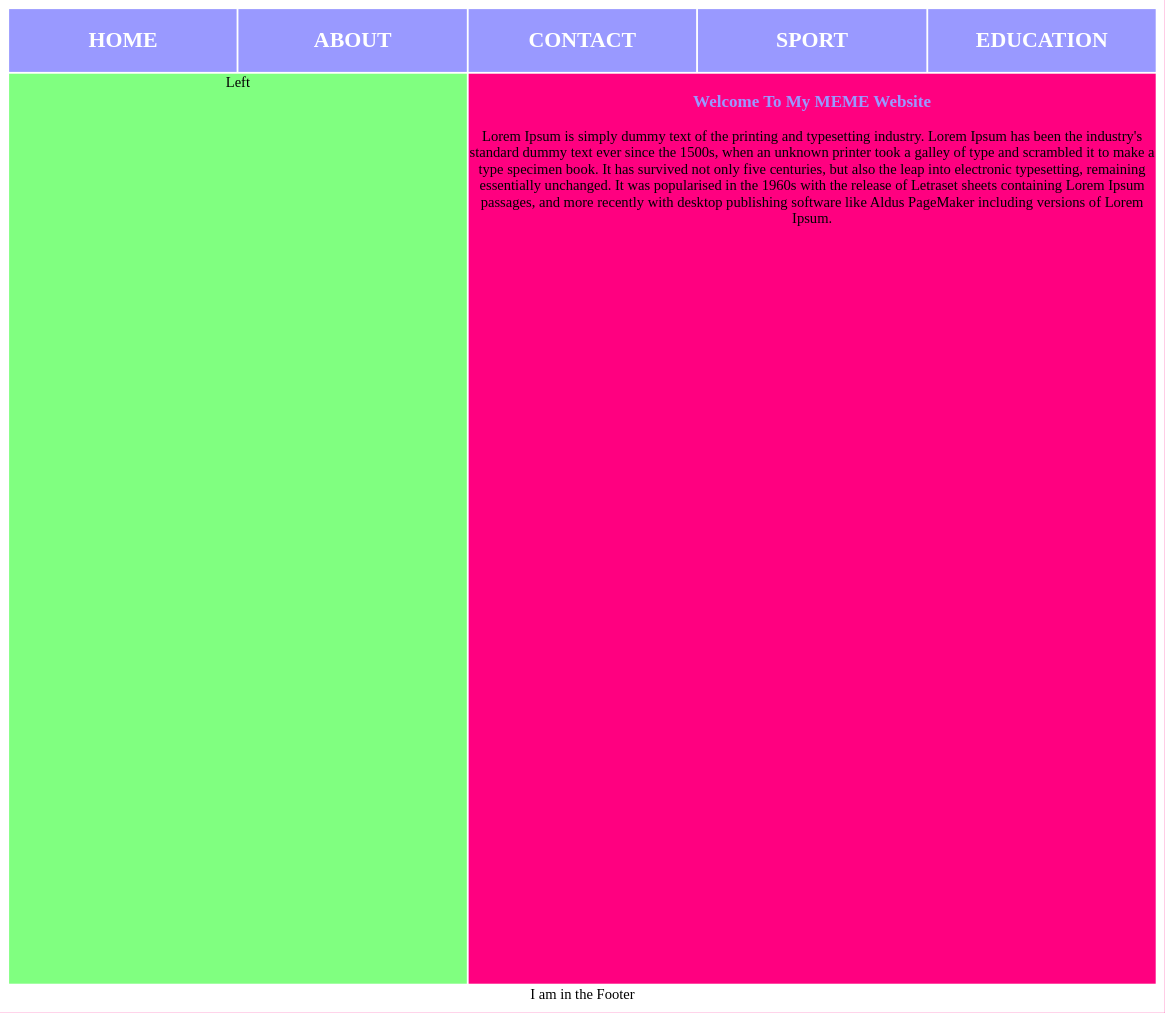
Repository: LiamMcC/webforDunboyne
Page: memewebsite/index.html
The author's editor kept a record of every edit. The page is drawn from the files as they stood at one moment, then again after the next edit.
The browser window is 1280 px wide. The pictures show the whole page, at 91% of full size.

Above is the page before.

### memewebsite/index.html
<!DOCTYPE html>
<html>
  <head>
    <meta charset="UTF-8">
    <title>CDM Meme Wonderfullness</title>
  </head>
  <body>

      <table style="width:100%;text-align:center;">
         <tr style="background-color:#9999ff; height: 50px;">
             <td style="width:20%"><h2 style="color:#ffffff">HOME</h2></td>
             <td style="width:20%"><h2 style="color:#ffffff">ABOUT</h2></td>
             <td style="width:20%"><h2 style="color:#ffffff">CONTACT</h2></td>
             <td style="width:20%"><h2 style="color:#ffffff">SPORT</h2></td>
            <td style="width:20%"><h2 style="color:#ffffff">EDUCATION</h2></td>


         </tr>

          <tr style="height:1000px;">
              <!-- Left menu -->
              <td colspan="2" style="background-color:#80ff80;vertical-align:top;">Left</td>

              <!-- Main content -->

              <td colspan="3" style="background-color:#ff0080;vertical-align: top;">

                  <h3  style="color:#9999ff">Welcome To My MEME Website</h3>

                  <p>
                      Lorem Ipsum is simply dummy text of the printing and typesetting industry. Lorem Ipsum has been the industry's standard dummy text ever since the 1500s, when an unknown printer took a galley of type and scrambled it to make a type specimen book. It has survived not only five centuries, but also the leap into electronic typesetting, remaining essentially unchanged. It was popularised in the 1960s with the release of Letraset sheets containing Lorem Ipsum passages, and more recently with desktop publishing software like Aldus PageMaker including versions of Lorem Ipsum.

                  </p>

                  </td>
          </tr>

          <tr>
              <td colspan="5">I am in the Footer</td>


          </tr>



      </table>











  </body>
</html>

After the next edit:
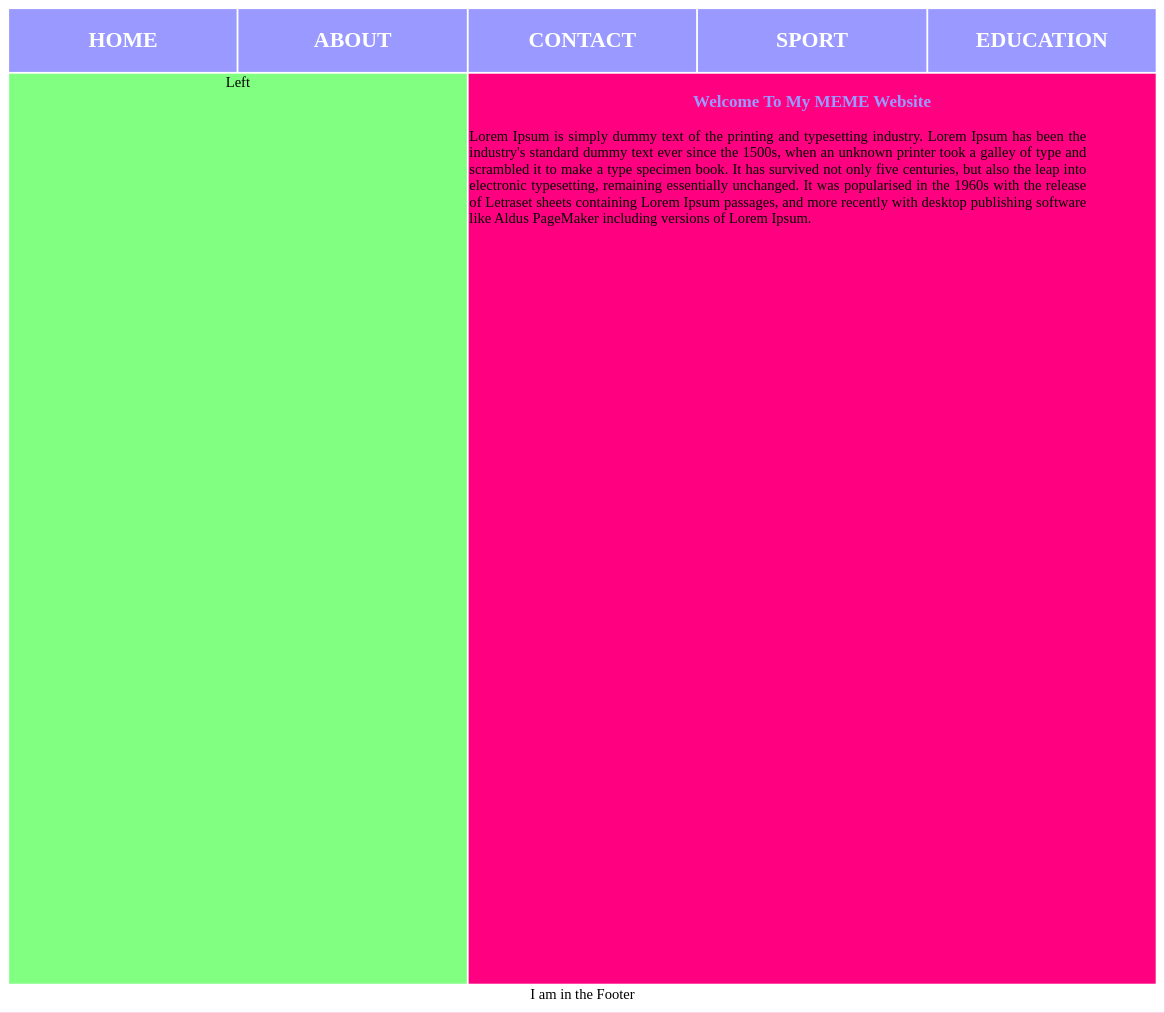
The edit:
--- a/memewebsite/index.html
+++ b/memewebsite/index.html
@@ -27,7 +27,7 @@
 
                   <h3  style="color:#9999ff">Welcome To My MEME Website</h3>
 
-                  <p>
+                  <p style="text-align:justify;width:90%">
                       Lorem Ipsum is simply dummy text of the printing and typesetting industry. Lorem Ipsum has been the industry's standard dummy text ever since the 1500s, when an unknown printer took a galley of type and scrambled it to make a type specimen book. It has survived not only five centuries, but also the leap into electronic typesetting, remaining essentially unchanged. It was popularised in the 1960s with the release of Letraset sheets containing Lorem Ipsum passages, and more recently with desktop publishing software like Aldus PageMaker including versions of Lorem Ipsum.
 
                   </p>
